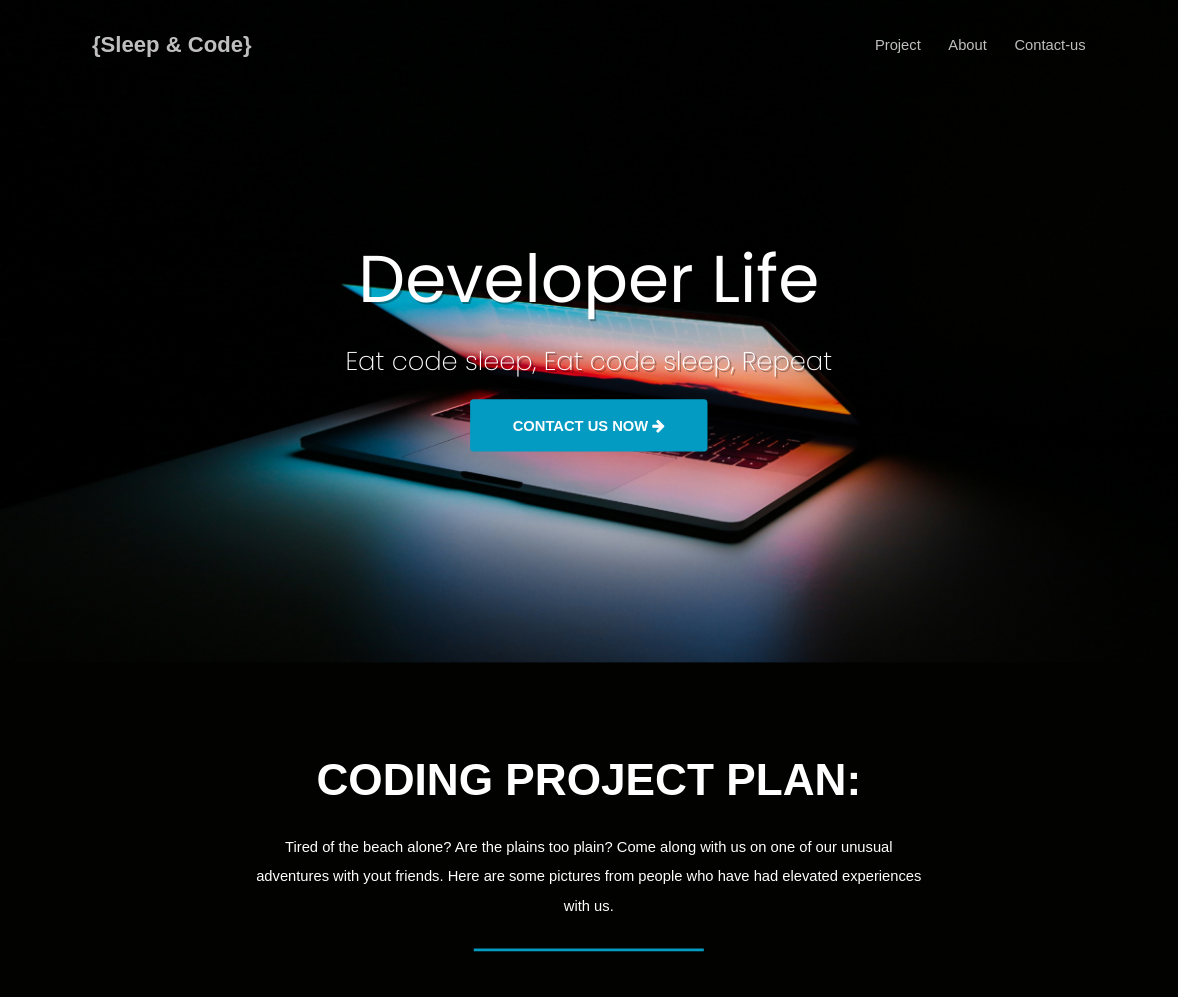
Repository: Samkiroko/Techcamp-html
Page: index.html
These files come from the project's save history. The page is drawn as it stood at one moment and after the next save; the edit follows.
The browser window is 1280 px wide. The pictures show the part of the page from y = 0 to 1084 px (the page is 4704 px tall), at 92% of full size.
Pictures or frames that could not be fetched are drawn as grey boxes.

Above is the page before, as saved 2021-08-05 16:51:46.
Not found: assets/css/styles.css

After the next save:
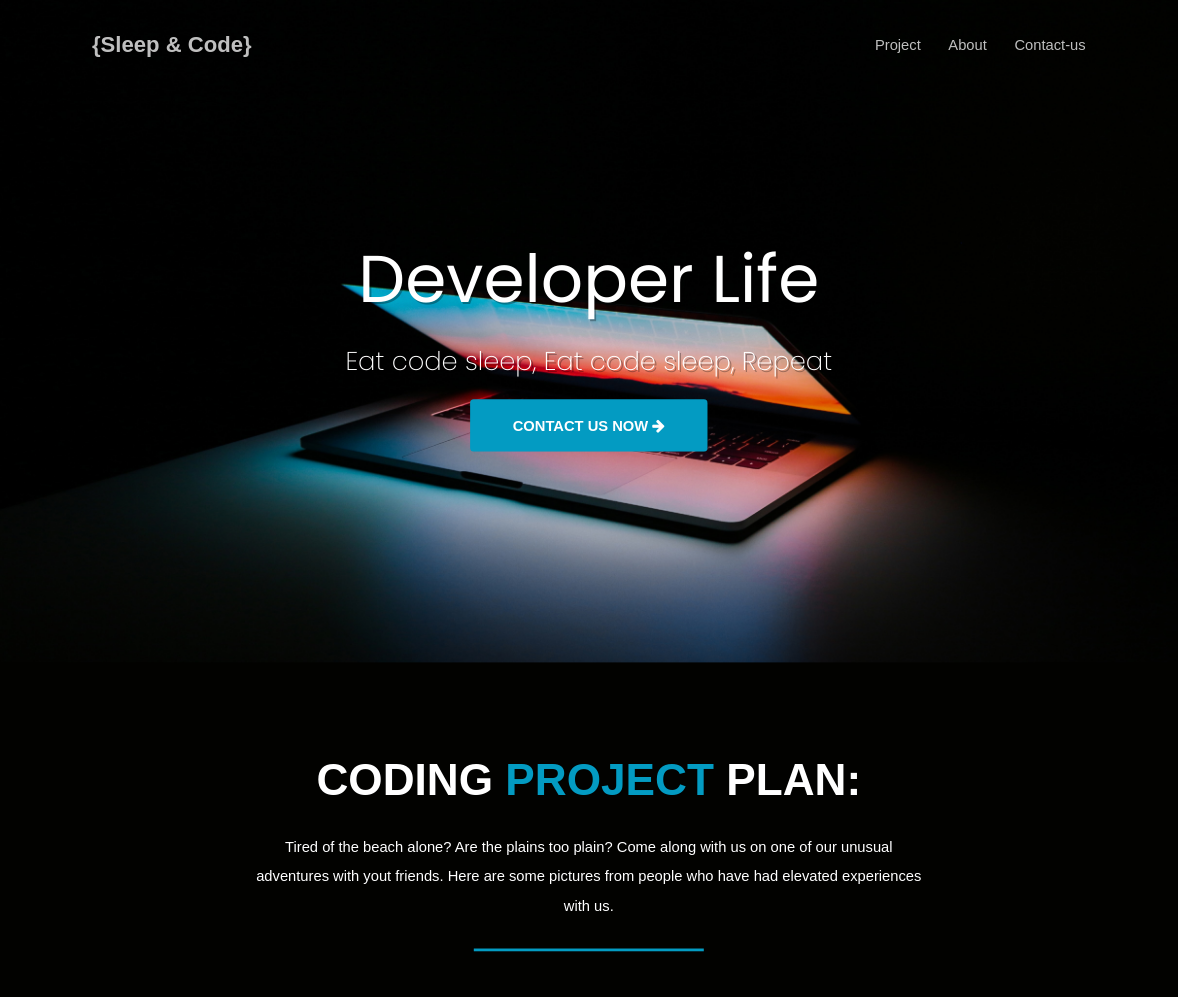
Saved 25 s later.
--- a/style.css
+++ b/style.css
@@ -271,6 +271,10 @@ header nav li {
     color: #039bc2;
 }
 
+.project {
+    color: #039bc2;
+}
+
 .packages .grid li h4 {
     font-size: 30px;
     margin: 25px 0;
